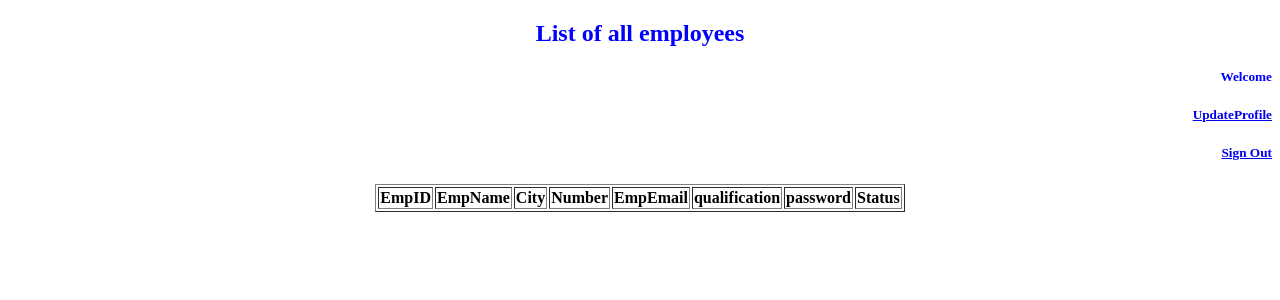
Repository: nehakunwar/SkillMap_Projects
Page: http://localhost/WebNaukariServletJspApp/WEB-INF/views/getAllRecordManager.jsp
The author's editor kept a copy of each file at every save. The page is drawn from the files as they stood at one save, then again after the next save.
The browser window is 1280 px wide. The pictures show the whole page.
The page is served by Tomcat 9. Nobody is signed in. Other server files are loaded and not shown. The template is opened directly, without the code that normally fills it, so the values that code supplies are empty.

Above is the page before, as saved 2018-07-27 23:44:34.

### WebNaukariServletJspApp/WebContent/WEB-INF/views/getAllRecordManager.jsp
<%@ page language="java" contentType="text/html; charset=UTF-8"
    pageEncoding="UTF-8"%>
<%@ taglib uri="http://java.sun.com/jsp/jstl/core" prefix="c" %>
<%@ taglib uri="http://java.sun.com/jsp/jstl/sql" prefix="sql" %>
<%@ taglib uri="http://java.sun.com/jsp/jstl/functions" prefix="fn" %>
<!DOCTYPE html PUBLIC "-//W3C//DTD HTML 4.01 Transitional//EN"
    "http://www.w3.org/TR/html4/loose.dtd">
<html>
<head>
<meta http-equiv="Content-Type" content="text/html; charset=UTF-8">
<title>JSP List Users Records</title>
</head>
<body>
<h2 align="center" style="color:blue;"><b>List of all employees</b></h2>
<c:set var="name" value="${sessionScope.employeeSession}"></c:set>
 <h5 align="right" style="color:blue;">Welcome <c:out value="${name.empName}"></c:out></h5>
 <h5 align="right" style="color:green;"><a href="userUpdateProfile">UpdateProfile</a></h5>
  <h5 align="right" style="color:black;"><a href="logout"> Sign Out</a></h5>
<table border="1" align="center">
<tr><th>EmpID</th><th>EmpName</th><th>City</th><th>Number</th><th>EmpEmail</th><th>qualification</th><th>password</th><th>Status</th></tr>
<c:forEach items="${Employee }" var="res">
<c:set var="role" value="${requestScope.role}"/>

<c:set var="t" value="${res.role}"/>

<c:if test="${fn:startsWith(t, 'T')&& res.status==1}">
<tr>
<td>${res.empId }</td>
<td>${res.empName }</td>
<td>${res.city }</td>
<td>${res.contactNumber}</td>
<td>${res.empEmail }</td>
<td>${res.empQualification }</td>
<td>${res.password }</td>

<td>${res.status} </td>

</tr>
</c:if>

</c:forEach>
</table>
</body>
</html>

After the next save:
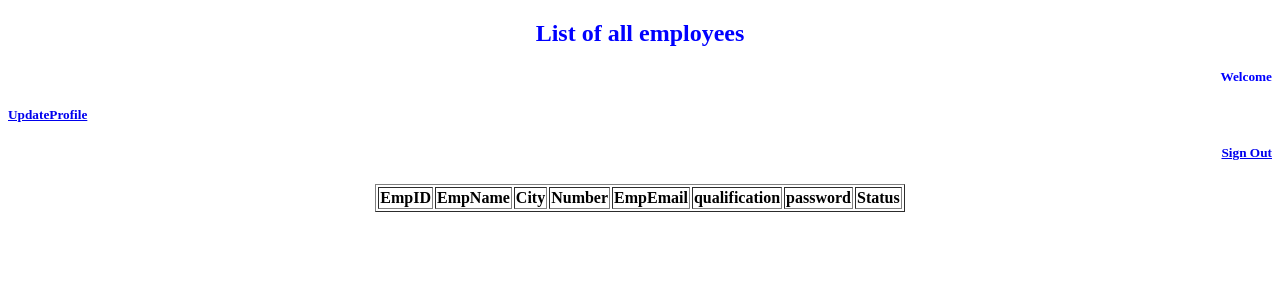
Saved 21 s later.
--- a/WebNaukariServletJspApp/WebContent/WEB-INF/views/getAllRecordManager.jsp
+++ b/WebNaukariServletJspApp/WebContent/WEB-INF/views/getAllRecordManager.jsp
@@ -14,7 +14,7 @@
 <h2 align="center" style="color:blue;"><b>List of all employees</b></h2>
 <c:set var="name" value="${sessionScope.employeeSession}"></c:set>
  <h5 align="right" style="color:blue;">Welcome <c:out value="${name.empName}"></c:out></h5>
- <h5 align="right" style="color:green;"><a href="userUpdateProfile">UpdateProfile</a></h5>
+ <h5 align="left" style="color:green;"><a href="userUpdateProfile">UpdateProfile</a></h5>
   <h5 align="right" style="color:black;"><a href="logout"> Sign Out</a></h5>
 <table border="1" align="center">
 <tr><th>EmpID</th><th>EmpName</th><th>City</th><th>Number</th><th>EmpEmail</th><th>qualification</th><th>password</th><th>Status</th></tr>
